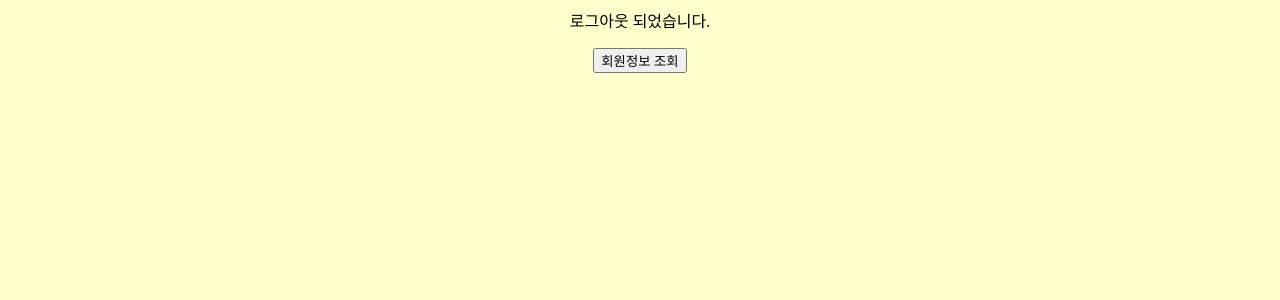
Repository: KangEunseo/2019-jsp-class
Page: http://localhost/BasicJSP/loginsession/logoutSession.jsp
An editor plug-in stored every save of this project. The page is shown before and after the next save, followed by the edit.
The browser window is 1280 px wide. The pictures show the whole page.
The page is served by Tomcat 9. Other server files are loaded and not shown.

Above is the page before, as saved 2019-09-26 00:41:24.

### BasicJSP/WebContent/loginsession/logoutSession.jsp
<%@ page language="java" contentType="text/html; charset=UTF-8"
    pageEncoding="UTF-8"%>
<!DOCTYPE html>
<html>
<head>
<meta charset="UTF-8">
<title>Insert title here</title>
</head>
<body bgcolor="#ffffcc">
<div align="center">
<%
	session.invalidate();
	out.println("로그아웃 되었습니다.");
%>
	<p><form method="post" action="retrieve.jsp">
		<input type="submit" value="회원정보 조회">
	</form></p>

<!--
<script>
	alert("로그아웃 되었습니다.");
	location.href="loginSession.jsp";
</script> -->
</div>
</body>
</html>

After the next save:
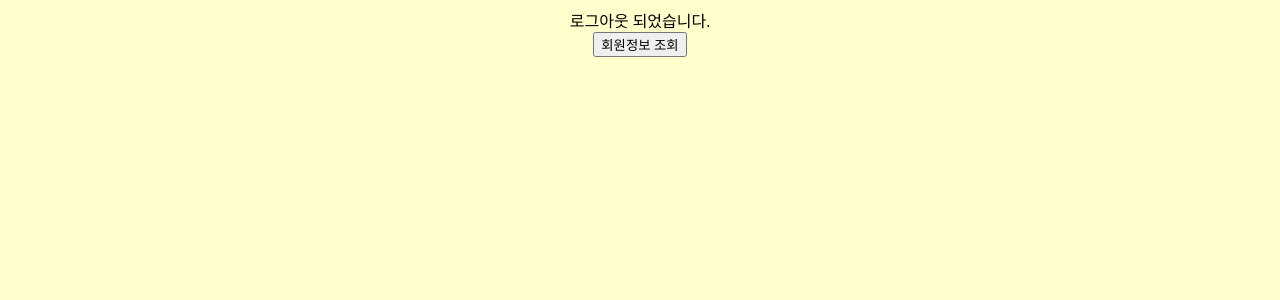
Saved 52 s later.
--- a/BasicJSP/WebContent/loginsession/logoutSession.jsp
+++ b/BasicJSP/WebContent/loginsession/logoutSession.jsp
@@ -12,9 +12,9 @@
 	session.invalidate();
 	out.println("로그아웃 되었습니다.");
 %>
-	<p><form method="post" action="retrieve.jsp">
+	<form method="post" action="retrieve.jsp">
 		<input type="submit" value="회원정보 조회">
-	</form></p>
+	</form>
 
 <!--
 <script>
